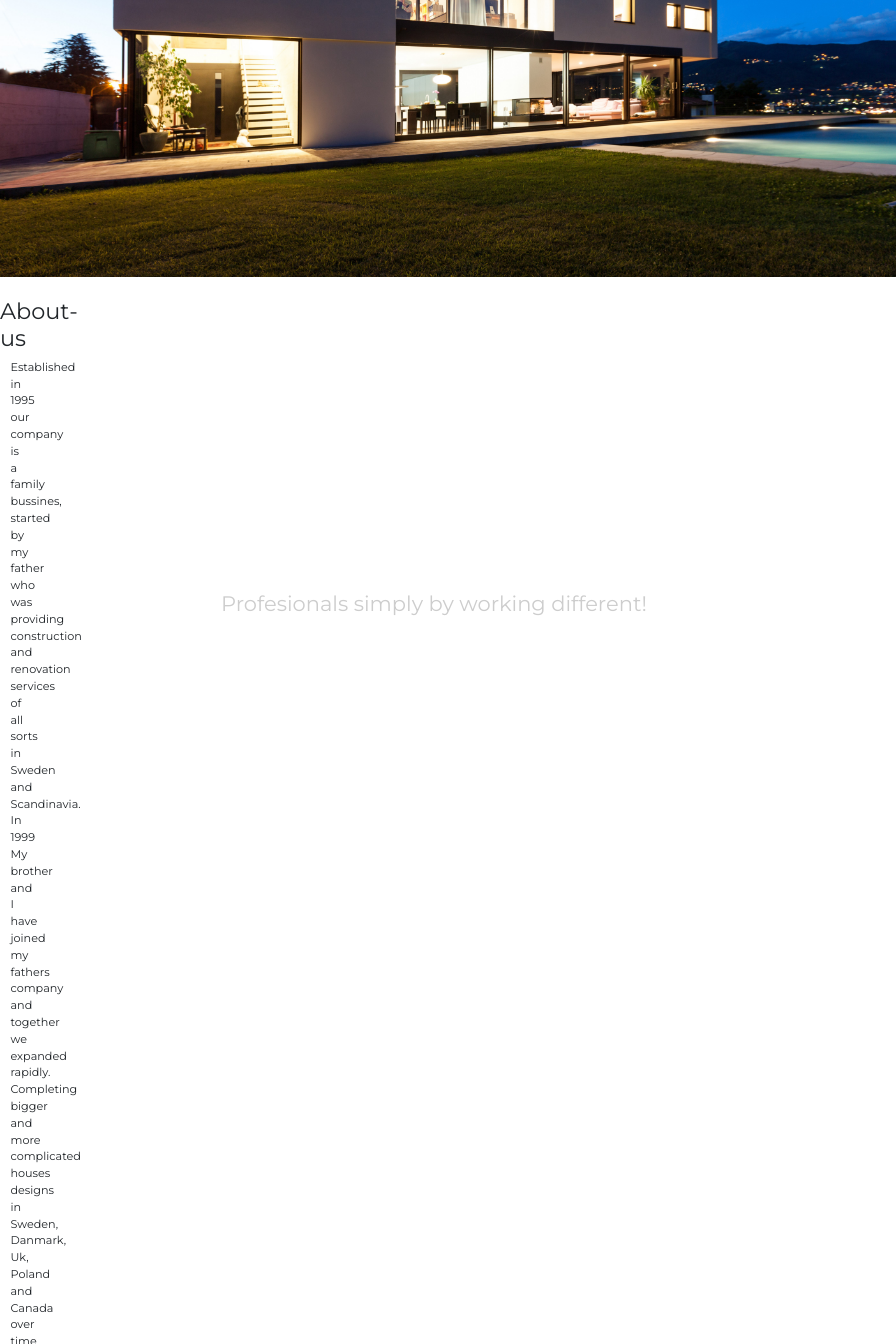
Repository: Bartie1982/milestone-project-1
Page: index.html
The author's editor kept a record of every edit. The page is drawn from the files as they stood at one moment, then again after the next edit.
The browser window is 1280 px wide. The pictures show the part of the page from y = 324 to 2244 px (the page is 5165 px tall before and 2776 px after), at 70% of full size.

Above is the page before.

After the next edit:
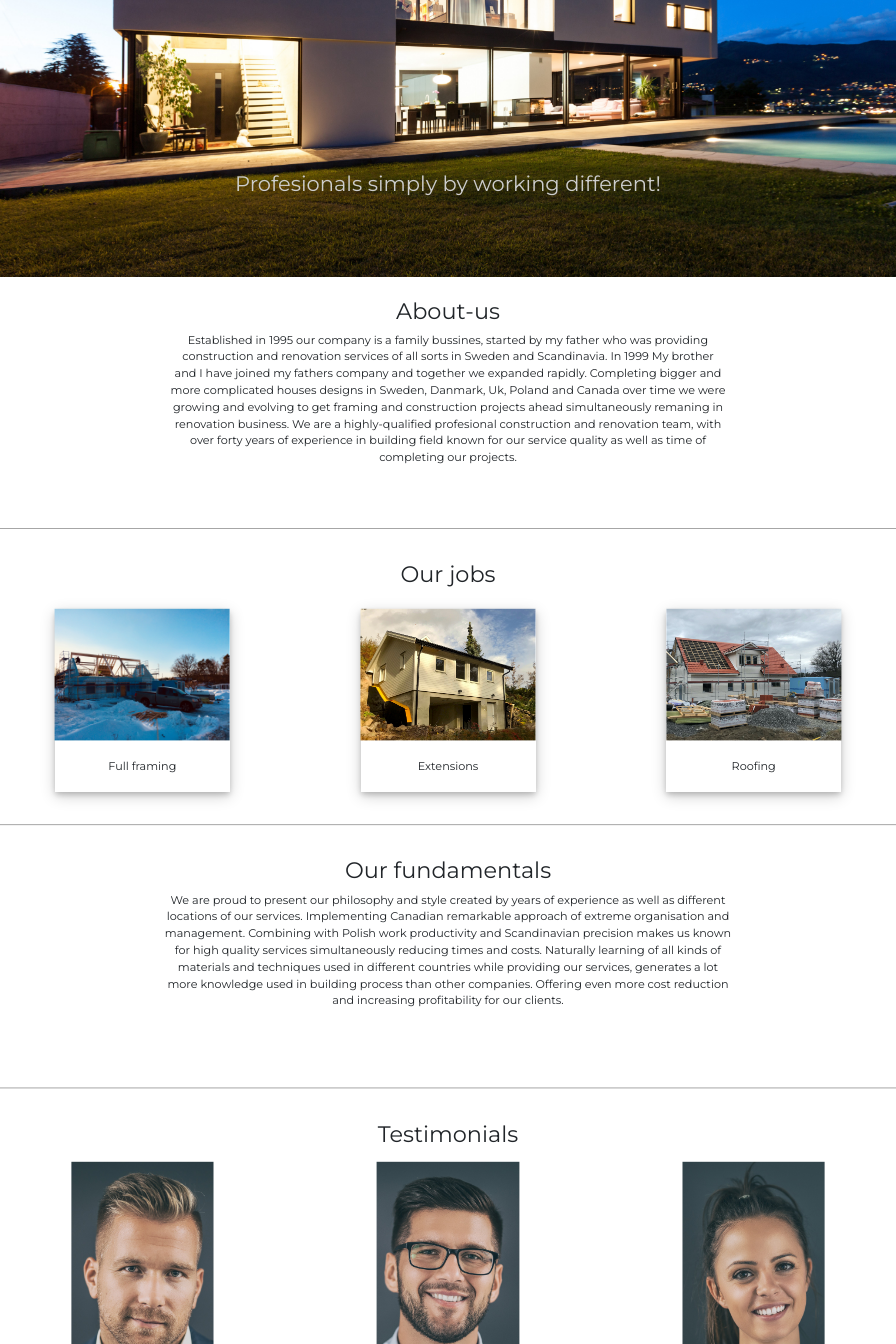
The edit:
--- a/assets/css/style.css
+++ b/assets/css/style.css
@@ -55,10 +55,8 @@
 }
 
 .quote {
+    margin-bottom: 0;
     float: right;
-    margin-top: 600px;
-    margin-left: auto;
-    margin-right: 20px;
     color: #cdcdcd;
     font-family: "Exo", Montserrat;
     font-weight: 100;
